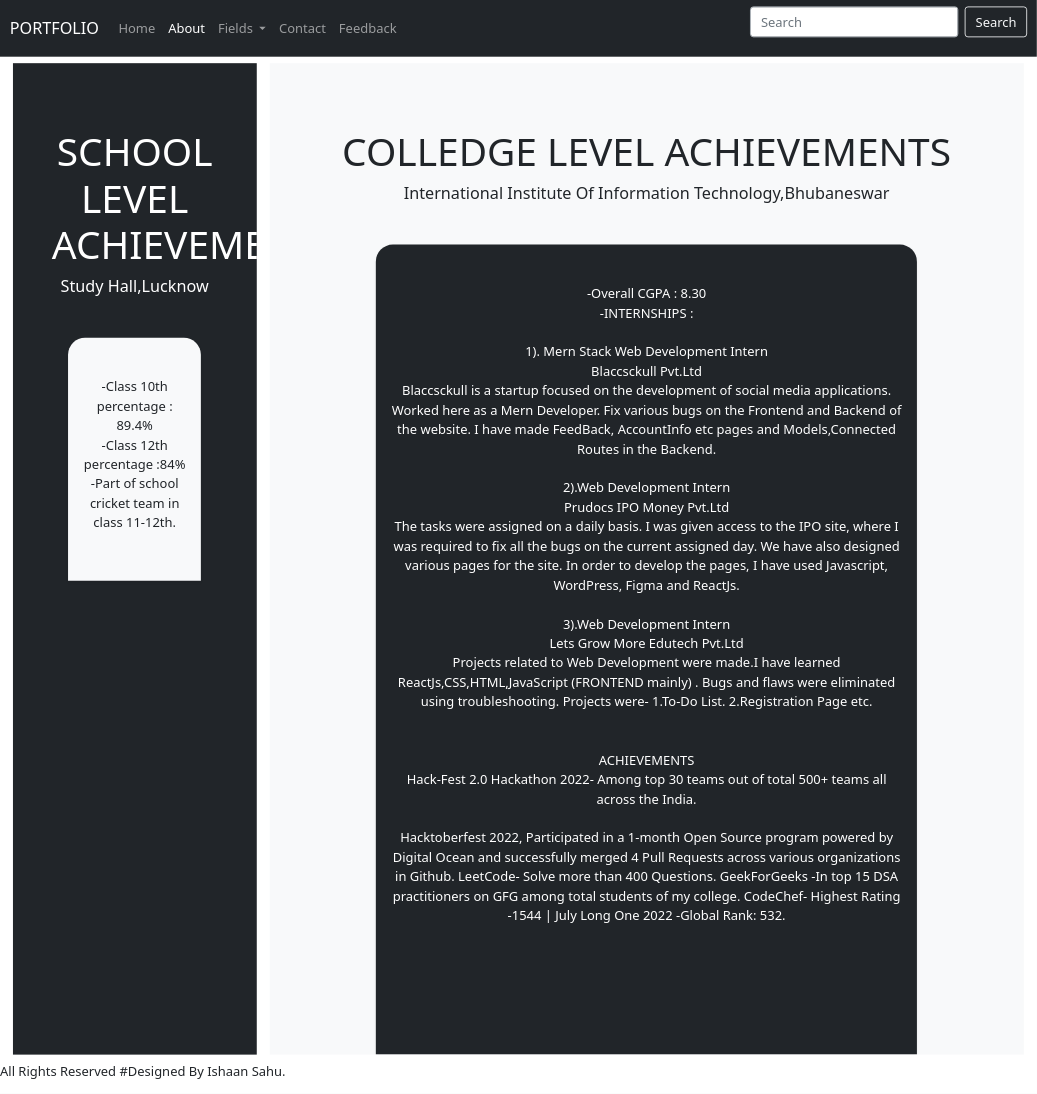
Repository: ishaan51551/Ishaan-s-Portfolio-
Page: about.html
An editor plug-in stored every save of this project. The page is shown before and after a run of saves, followed by the edit.
The browser window is 1280 px wide. The pictures show the whole page, at 81% of full size.

Above is the page before, as saved 2023-09-13 16:20:19.

After the next 4 saves:
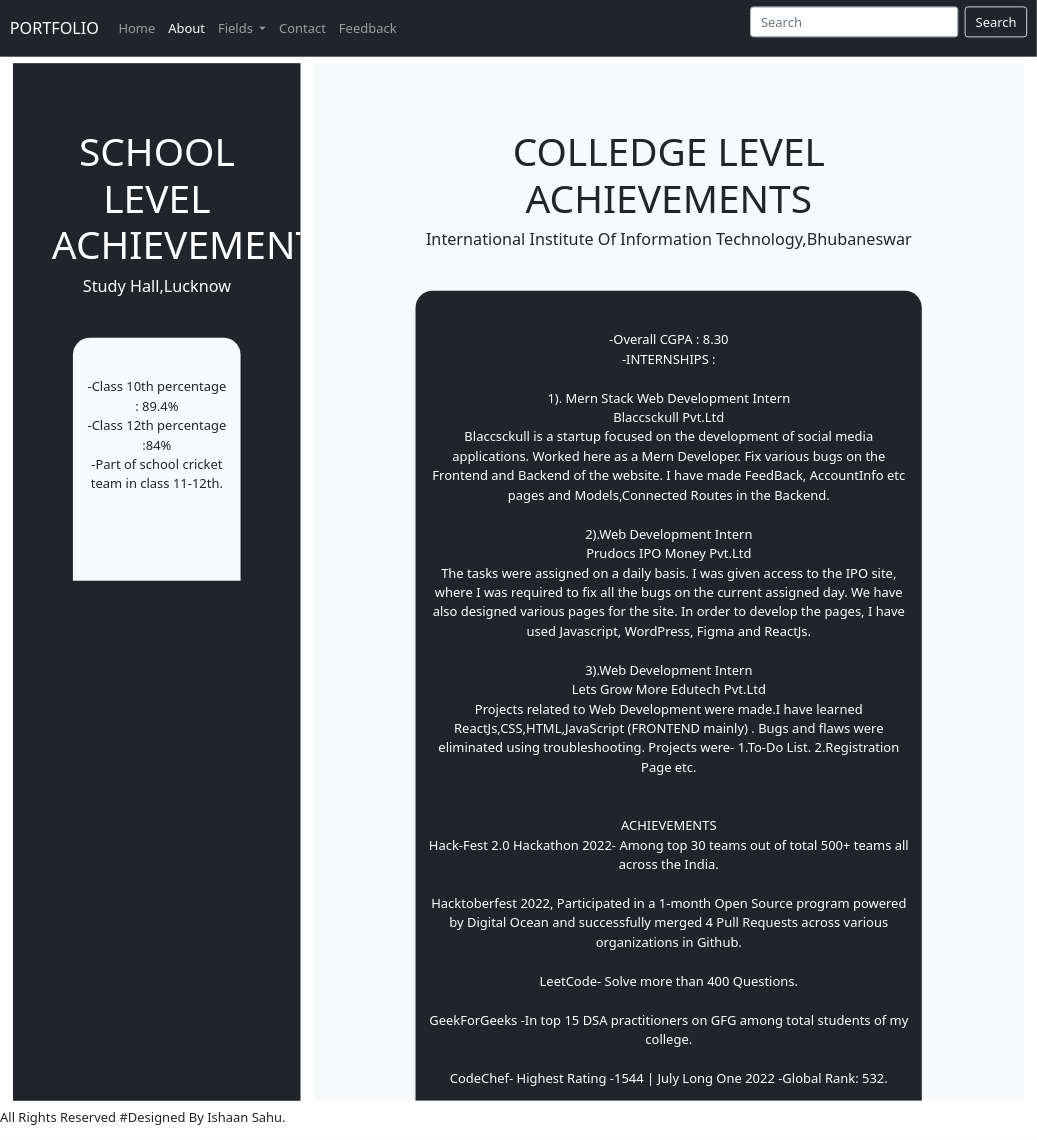
The 4 saves are shown as one change because they came seconds apart.
The last was saved 14 s later.
--- a/about.html
+++ b/about.html
@@ -129,10 +129,10 @@
           <br><br><br>
           ACHIEVEMENTS<br>
           Hack-Fest 2.0 Hackathon 2022- Among top 30 teams out of total 500+ teams all across the India.<br><br>
-          Hacktoberfest 2022, Participated in a 1-month Open Source program powered by Digital Ocean and successfully merged 4 Pull Requests across various organizations in Github.
-          LeetCode- Solve more than 400 Questions.
-          GeekForGeeks -In top 15 DSA practitioners on GFG among total students of my college.
-          CodeChef- Highest Rating -1544 | July Long One 2022 -Global Rank:   532.
+          Hacktoberfest 2022, Participated in a 1-month Open Source program powered by Digital Ocean and successfully merged 4 Pull Requests across various organizations in Github.<br><br>
+          LeetCode- Solve more than 400 Questions.<br><br>
+          GeekForGeeks -In top 15 DSA practitioners on GFG among total students of my college. <br><br>
+          CodeChef- Highest Rating -1544 | July Long One 2022 -Global Rank:   532.<br><br>
 
         </p>
         </p>
